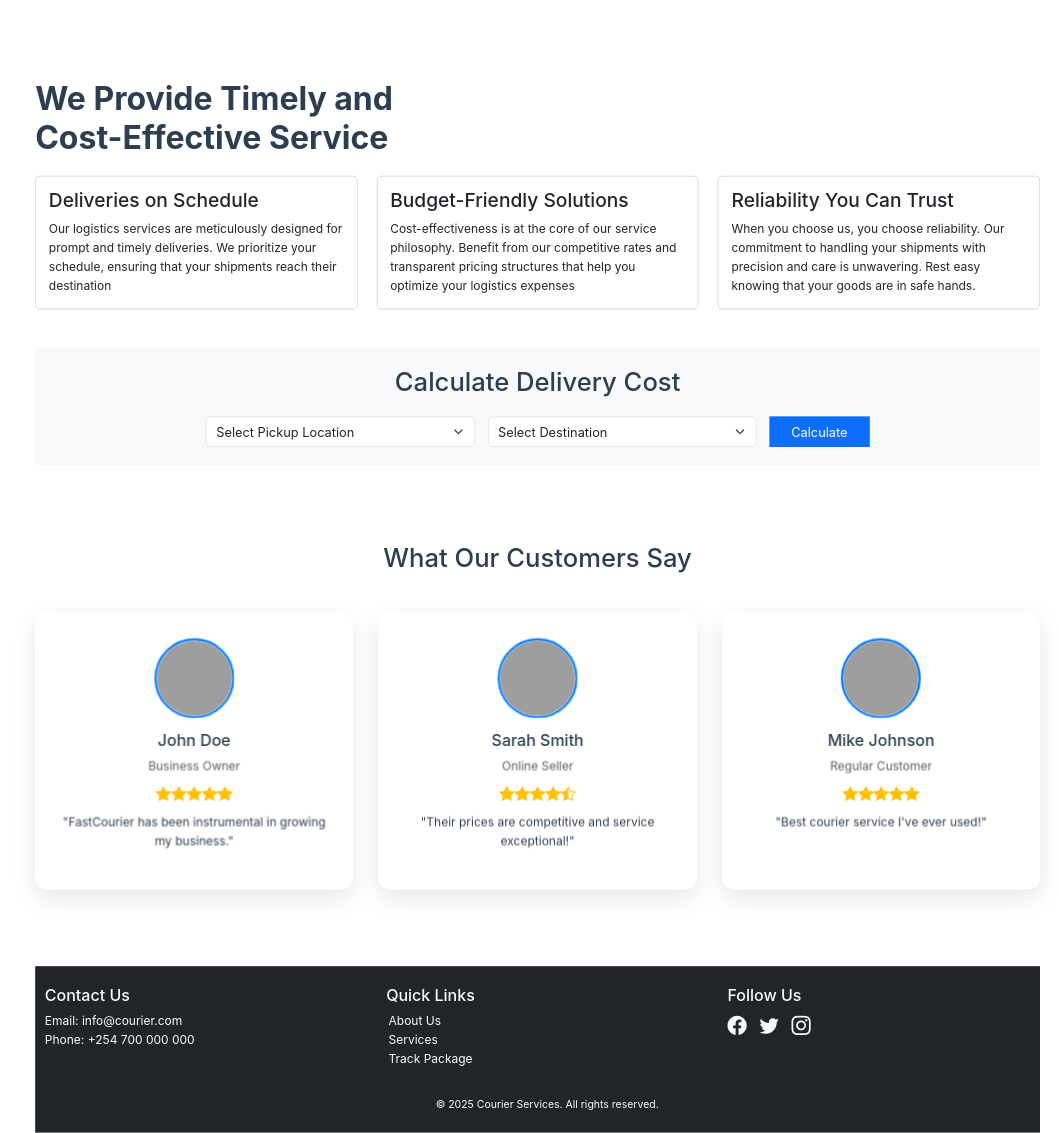
Repository: stancillous/package-yangu-logistics
Page: /
These files come from the project's save history. The page is drawn as it stood at one moment and after a run of saves; the edit follows.
The browser window is 1280 px wide. The page is 1324 px wide, so the pictures cover 1324 px, including what lies to the right of the window. The pictures show the part of the page from y = 676 to 2092 px (the page is 2092 px tall), at 80% of full size.
Pictures or frames that could not be fetched are drawn as grey boxes. The project was rebuilt for these pictures with package versions that can differ from the ones it lists, and the page was loaded fresh each time. Also part of the build but not shown: vite.config.ts.

Above is the page before, as saved 2025-01-31 14:11:31.

After the next 2 saves:
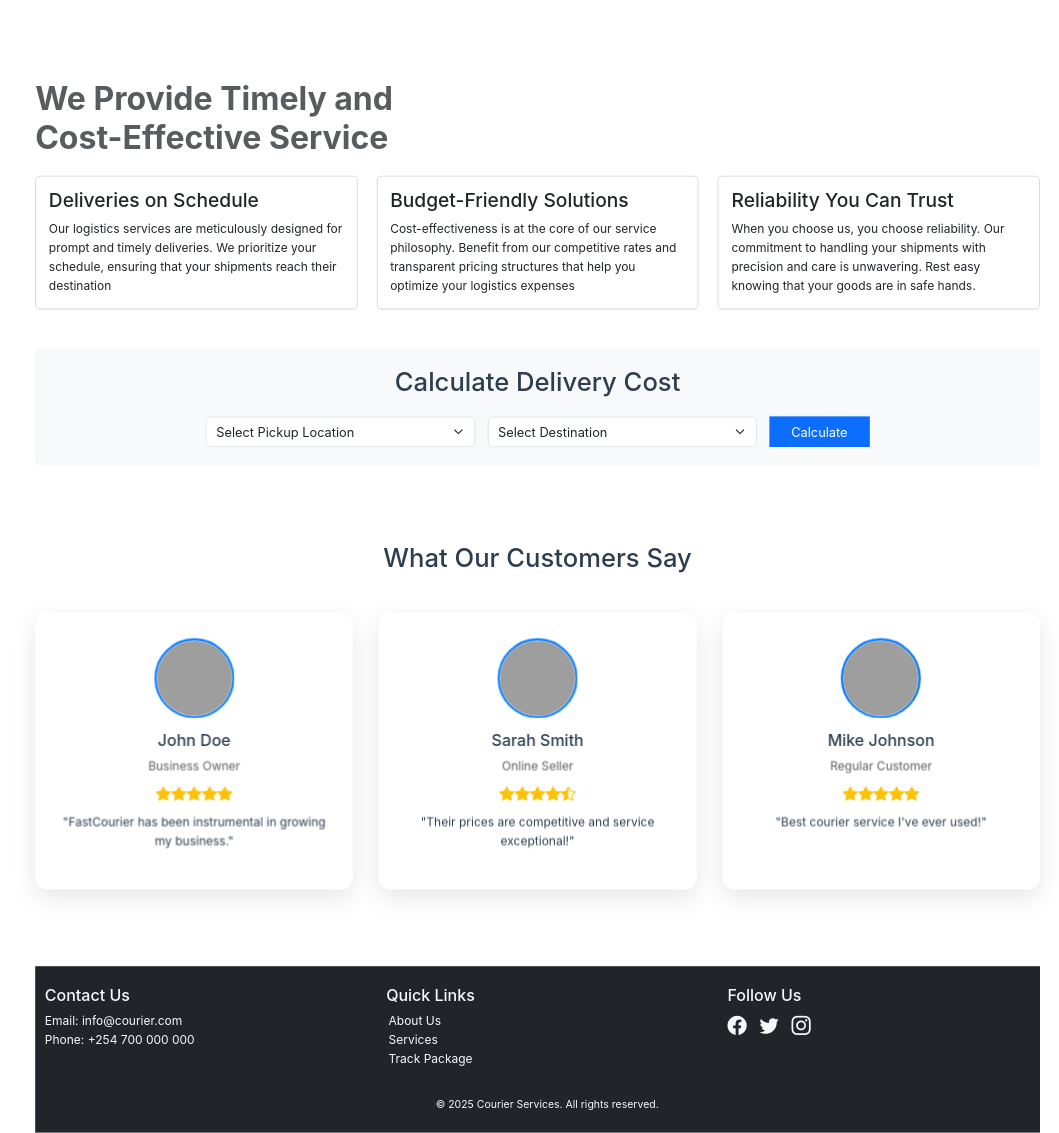
The 2 saves are shown as one change because they came seconds apart.
The last was saved 5 s later.
--- a/src/views/Index.vue
+++ b/src/views/Index.vue
@@ -35,7 +35,7 @@
 
         <!-- Services Section -->
         <div style="padding-top: 700px;" class="">
-          <h2 class="fw-bold display-6 mb-4">We Provide Timely and <br> Cost-Effective Service</h2>
+          <h2 class="fw-bold display-6 mb-4 text-muted">We Provide Timely and <br> Cost-Effective Service</h2>
           <div class="row g-4">
             <div class="col-md-4">
               <div class="card h-100">
